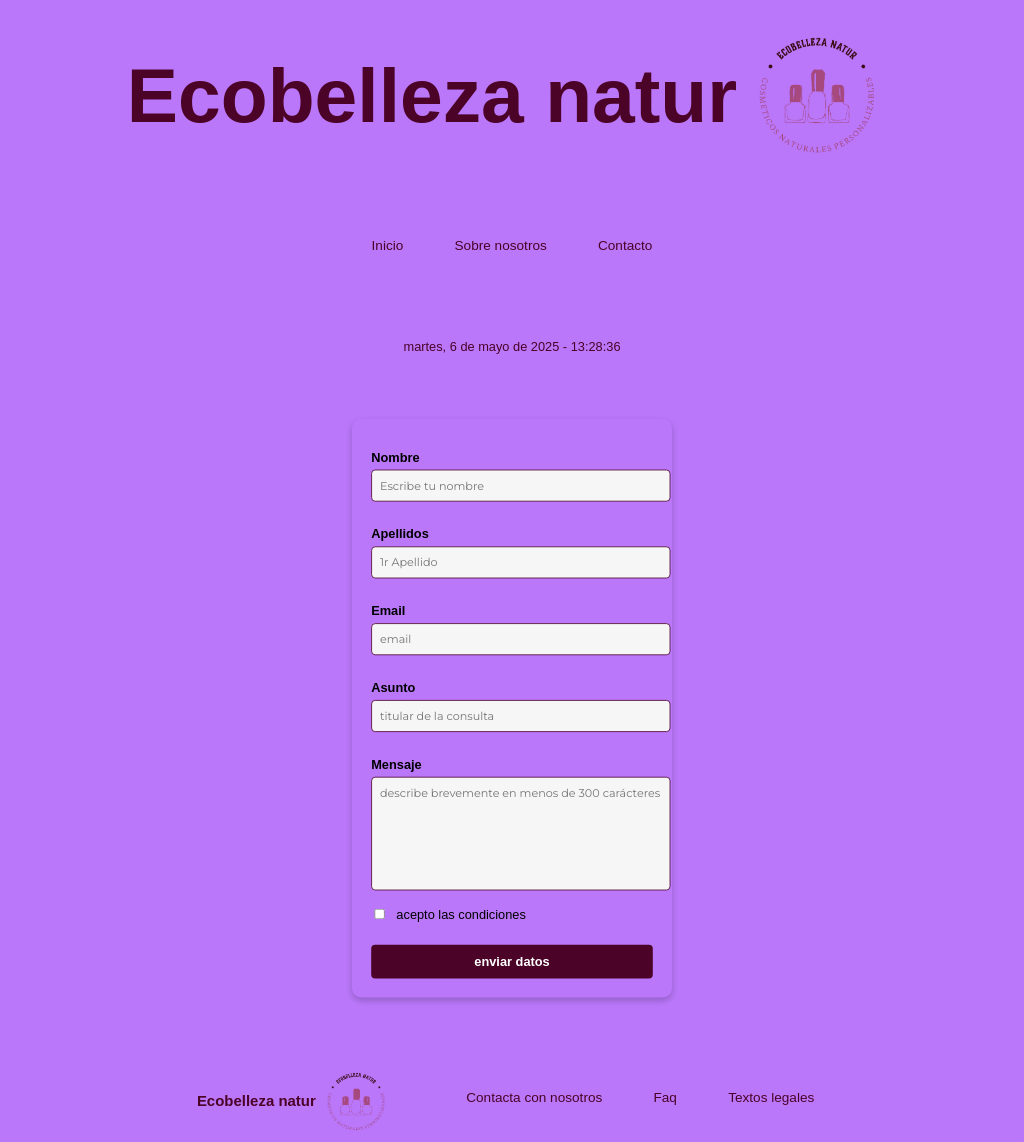
Repository: silvia76-max/ecobelleza-natur
Page: contacto.html
An editor plug-in stored every save of this project. The page is shown before and after the next save, followed by the edit.
The browser window is 1280 px wide. The pictures show the whole page, at 80% of full size.
Some web fonts or font styles are not loaded; a fallback is used.

Above is the page before, as saved 2025-05-08 09:54:03.

After the next save:
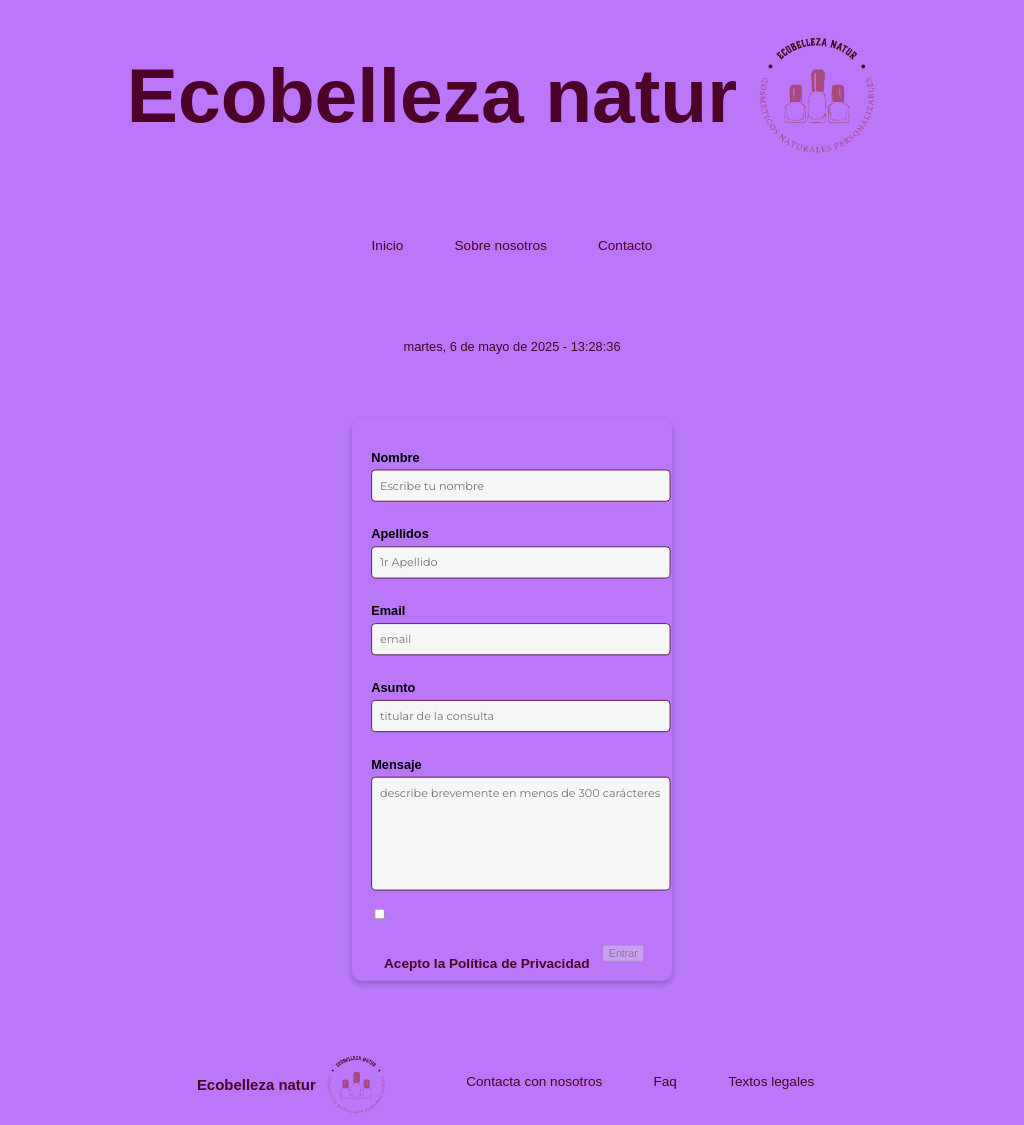
Saved 4 s later.
--- a/contacto.html
+++ b/contacto.html
@@ -43,8 +43,11 @@
 
         <label for="mensaje">Mensaje</label>
         <textarea name="mensaje" for="mensaje" placeholder="describe brevemente en menos de 300 carácteres" maxlength="300"></textarea>
-        <input type="checkbox" id="cbox1" value="first_checkbox" /> acepto las condiciones</label>
-        <input type="submit" name="enviar" value="enviar datos"/>
+
+        <input type="checkbox" id="acceptTerms">
+        <label for="acceptTerms"><a href="#">Acepto la Política de Privacidad</a></label>
+
+         <button type="submit" id="submitBtn" disabled>Entrar</button>
     </form>
 
 
